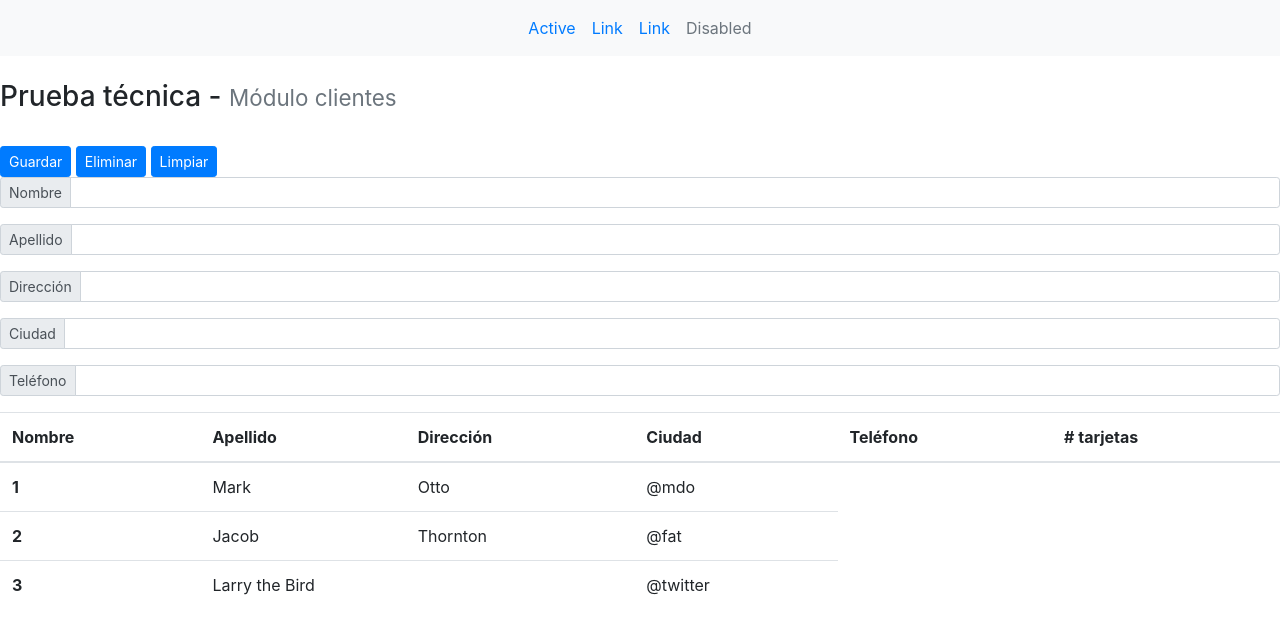
Repository: analozano16/ibm
Page: prueba_banco_war/src/main/webapp/index.html
An editor plug-in stored every save of this project. The page is shown before and after the next save, followed by the edit.
The browser window is 1280 px wide. The pictures show the whole page.
Some web libraries are served in a nearby version.

Above is the page before, as saved 2020-02-02 19:53:41.

After the next save:
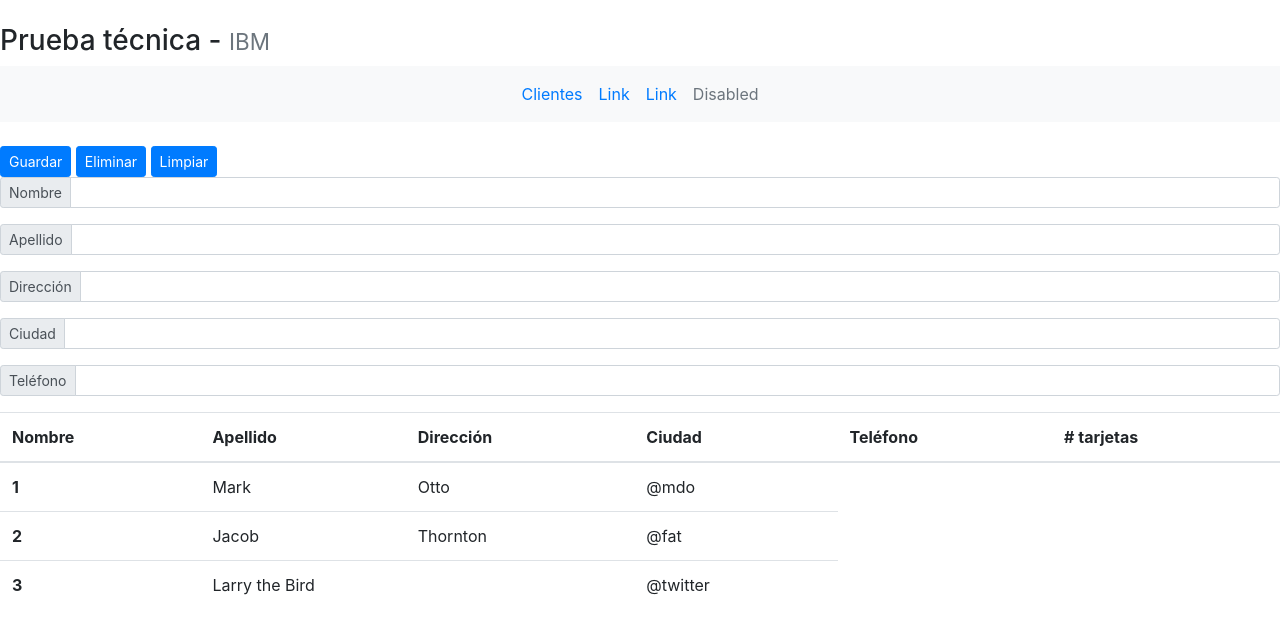
Saved 111 s later.
--- a/prueba_banco_war/src/main/webapp/index.html
+++ b/prueba_banco_war/src/main/webapp/index.html
@@ -12,11 +12,15 @@
 
 </head>
 <body>
-
+<br/>
+<h3>
+  Prueba técnica -
+  <small class="text-muted"> IBM</small>
+</h3>
 <nav class="navbar navbar-expand-sm bg-light justify-content-center">
   <ul class="navbar-nav">
     <li class="nav-item active">
-      <a class="nav-link" href="#">Active</a>
+      <a class="nav-link" href="#">Clientes</a>
     </li>
     <li class="nav-item">
       <a class="nav-link" href="#">Link</a>
@@ -30,11 +34,7 @@
   </ul>
 </nav>
 
-<br/>
-<h3>
-  Prueba técnica -
-  <small class="text-muted"> Módulo clientes</small>
-</h3>
+
 
 <br/>
 <button type="button" class="btn btn-primary btn-sm">Guardar</button>
